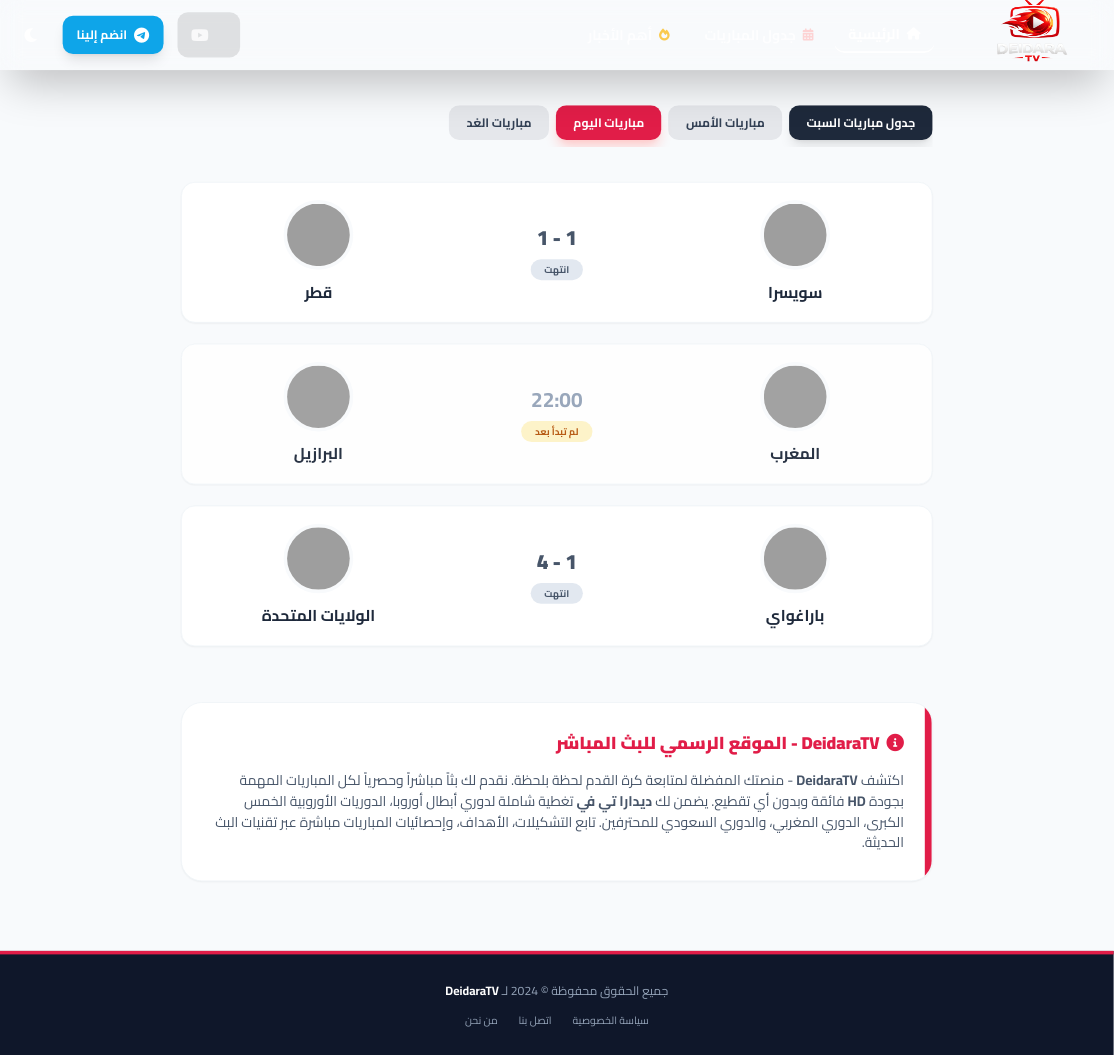
Repository: zakariax05/deidaraTV
Page: index.html
The author's editor kept a copy of each file at every save. The page is drawn from the files as they stood at one save, then again after the next save.
The browser window is 1280 px wide. The pictures show the whole page, at 87% of full size.
Pictures or frames that could not be fetched are drawn as grey boxes. Some web libraries are served in a nearby version.

Above is the page before, as saved 2026-06-14 02:28:26.

After the next save:
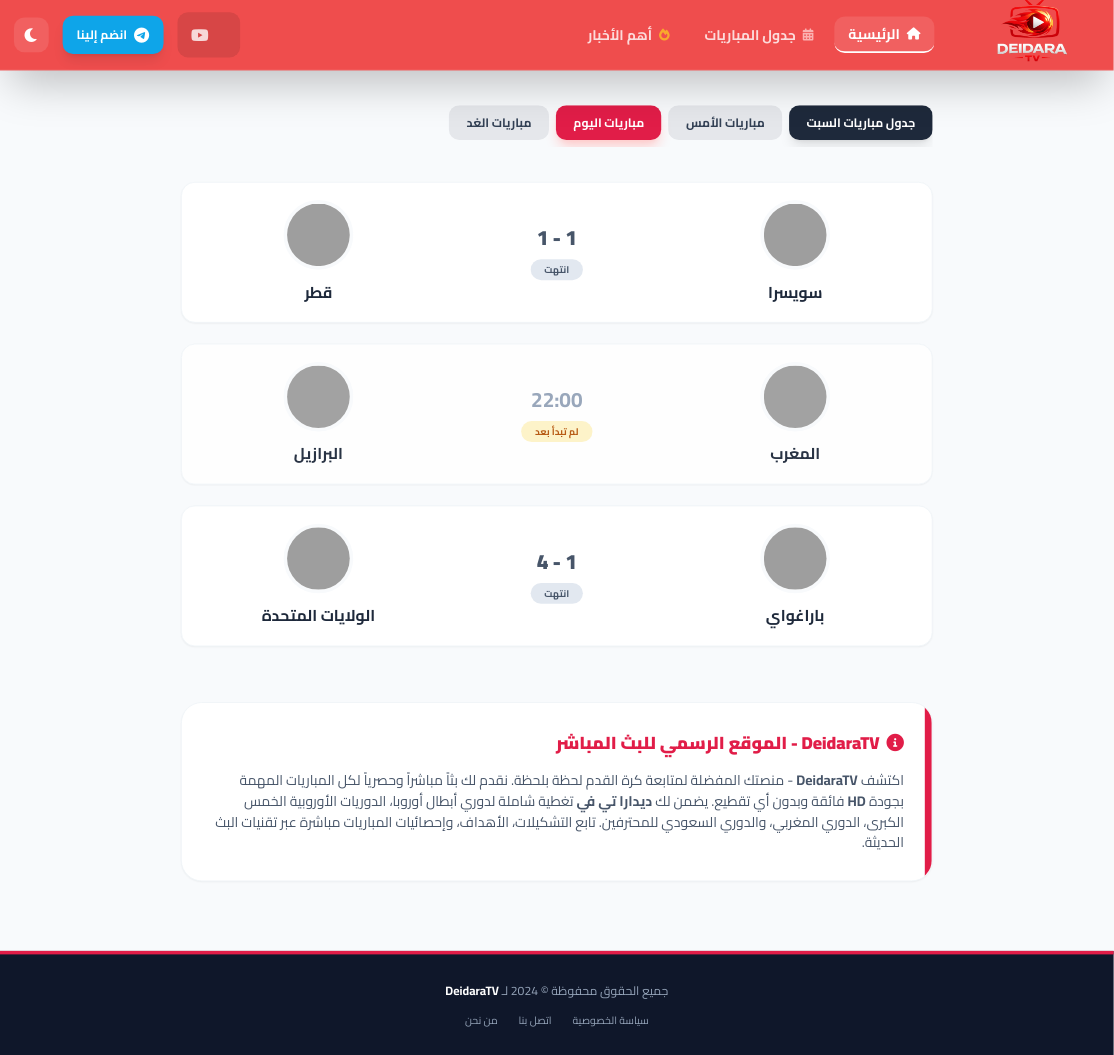
Saved 34 s later.
--- a/index.html
+++ b/index.html
@@ -43,7 +43,7 @@
   <!-- Header / الهيدر -->
   <!-- الهيدر المطور للرئيسية - DeidaraTV -->
   <header
-    class="bg-grey-600 text-white shadow-2xl sticky top-0 z-[100] backdrop-blur-md bg-opacity-95 border-b border-white/10">
+    class="bg-red-500 text-white shadow-2xl sticky top-0 z-[100] backdrop-blur-md bg-opacity-95 border-b border-white/10">
     <div class="container mx-auto px-4">
       <div class="flex justify-between items-center h-16 md:h-20">
 
